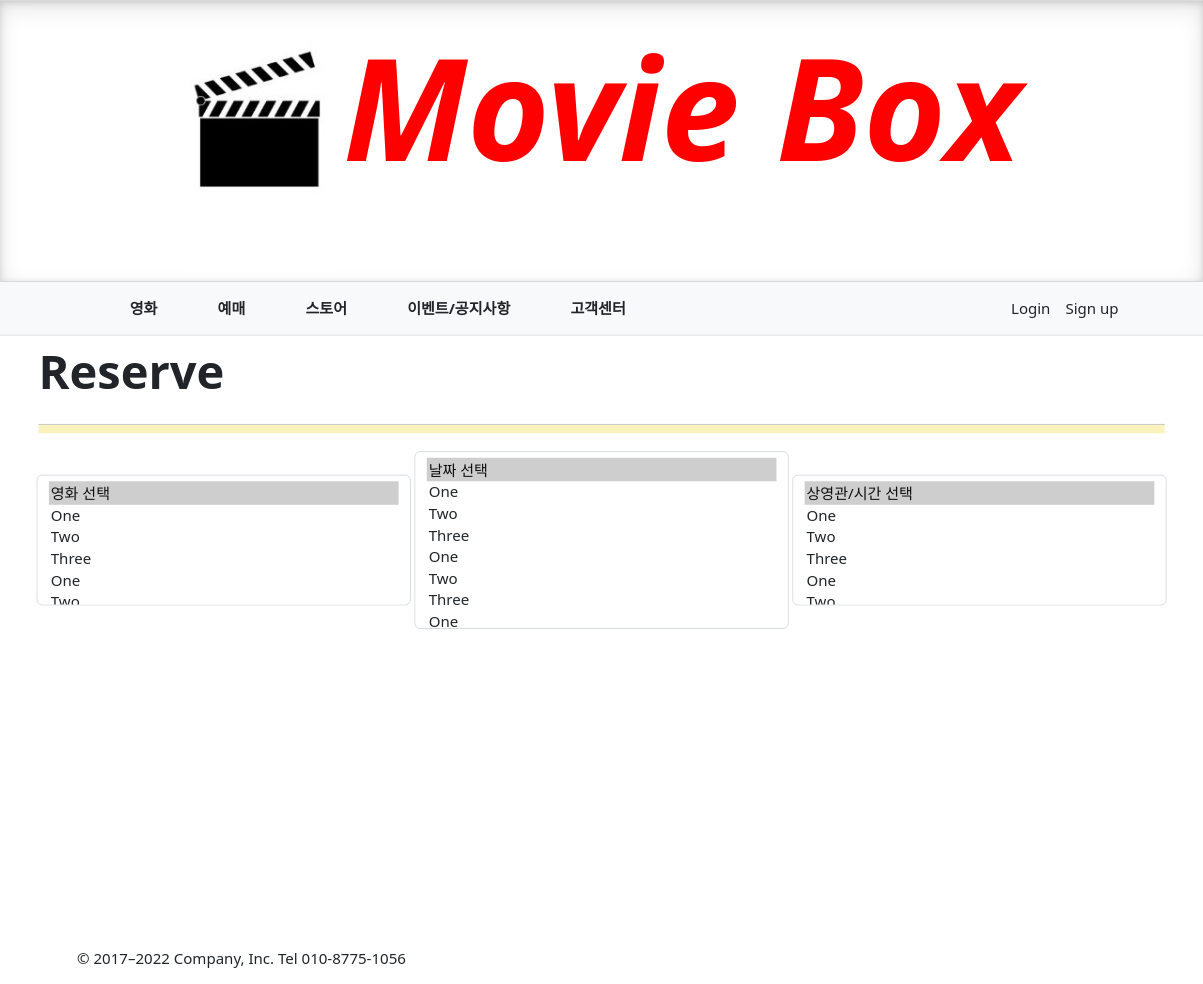
Repository: SpearManCN/MovieBox-2nd-Project-
Page: http://localhost/prj_01/WEB-INF/views/reserveForm.jsp
These files come from the project's save history. The page is drawn as it stood at one moment and after the next save; the edit follows.
The browser window is 1280 px wide. The pictures show the whole page, at 94% of full size.
The page is served by Tomcat 9. Nobody is signed in. The template is opened directly, without the code that normally fills it, so the values that code supplies are empty.

Above is the page before, as saved 2022-12-13 11:18:12.

After the next save:
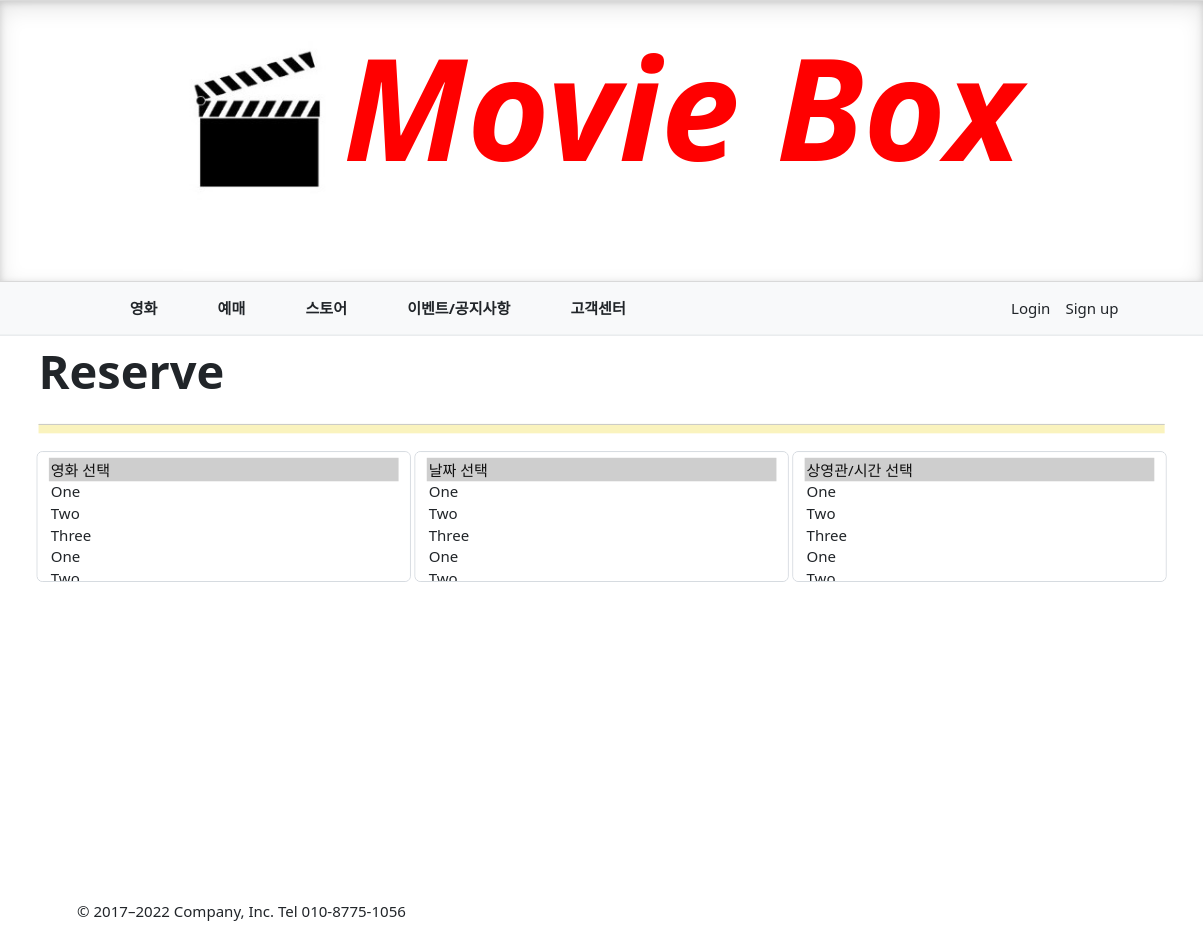
Saved 31 s later.
--- a/Second project/prj_01/src/main/webapp/WEB-INF/views/reserveForm.jsp
+++ b/Second project/prj_01/src/main/webapp/WEB-INF/views/reserveForm.jsp
@@ -56,7 +56,7 @@
 <td>
 <table width="400px">
 <tr><td>
-<select class="form-select" size="7" aria-label="size 3 select example" width="500px">
+<select class="form-select" size="5" aria-label="size 3 select example" width="500px">
   <option selected>날짜 선택</option>
   <option value="1">One</option>
   <option value="2">Two</option>
